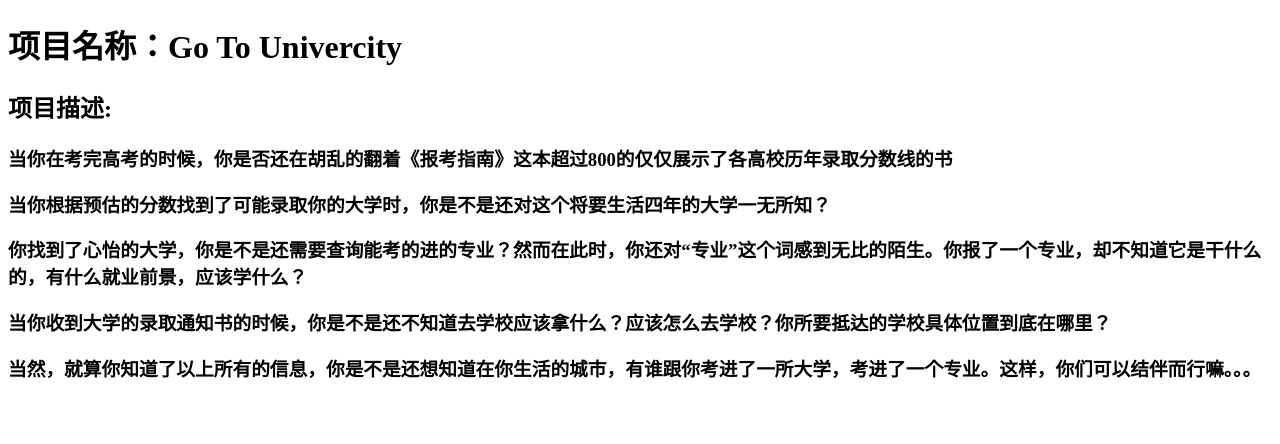
Repository: SUT-GC/GoToUnivercity
Page: http://localhost/GoToUniversity/ideasource/idea.jsp
The author's editor kept a copy of each file at every save. The page is drawn from the files as they stood at one save, then again after the next save.
The browser window is 1280 px wide. The pictures show the whole page.
The page is served by Tomcat 9. Nobody is signed in. The application's start-up code is not run.

Above is the page before, as saved 2015-11-16 10:56:35.

After the next save:
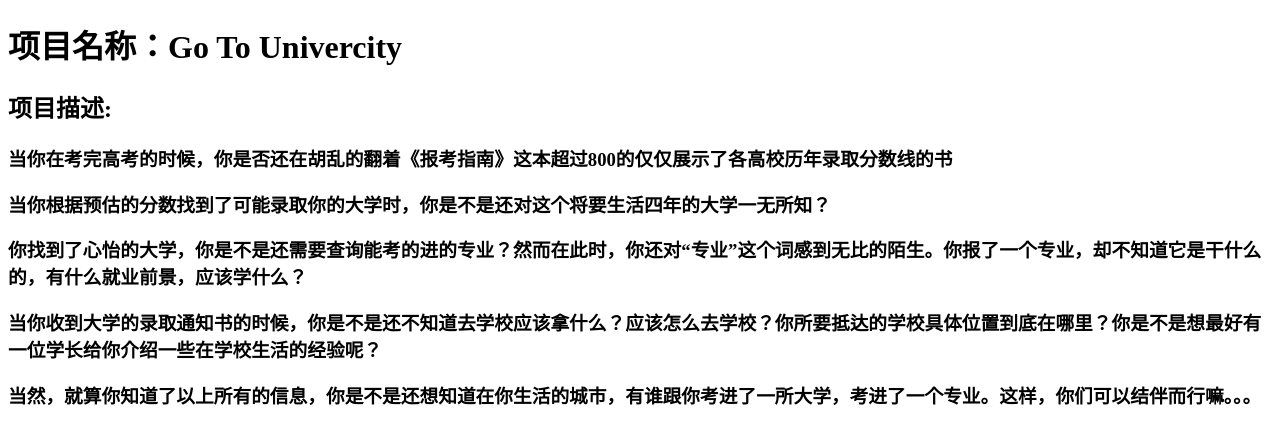
Saved 64 s later.
--- a/GoToUniversity/WebContent/ideasource/idea.jsp
+++ b/GoToUniversity/WebContent/ideasource/idea.jsp
@@ -18,8 +18,9 @@
 					<p>当你在考完高考的时候，你是否还在胡乱的翻着《报考指南》这本超过800的仅仅展示了各高校历年录取分数线的书</p>
 					<p>当你根据预估的分数找到了可能录取你的大学时，你是不是还对这个将要生活四年的大学一无所知？</p>
 					<p>你找到了心怡的大学，你是不是还需要查询能考的进的专业？然而在此时，你还对“专业”这个词感到无比的陌生。你报了一个专业，却不知道它是干什么的，有什么就业前景，应该学什么？</p>
-					<p>当你收到大学的录取通知书的时候，你是不是还不知道去学校应该拿什么？应该怎么去学校？你所要抵达的学校具体位置到底在哪里？</p>
+					<p>当你收到大学的录取通知书的时候，你是不是还不知道去学校应该拿什么？应该怎么去学校？你所要抵达的学校具体位置到底在哪里？你是不是想最好有一位学长给你介绍一些在学校生活的经验呢？</p>
 					<p>当然，就算你知道了以上所有的信息，你是不是还想知道在你生活的城市，有谁跟你考进了一所大学，考进了一个专业。这样，你们可以结伴而行嘛。。。</p>
+
 				</h3>
 			</div>
 			<div class="content_body_content">
